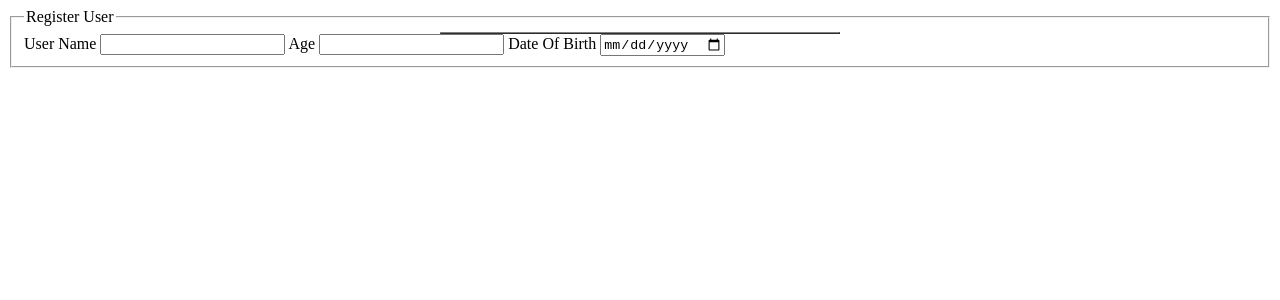
Repository: rcpanda15594/JavaScript_Project
Page: HTMLJAVASCRIPT/WebContent/NewFile.html
These files come from the project's save history. The page is drawn as it stood at one moment and after the next save; the edit follows.
The browser window is 1280 px wide. The pictures show the whole page.

Above is the page before, as saved 2018-03-21 04:34:09.

After the next save:
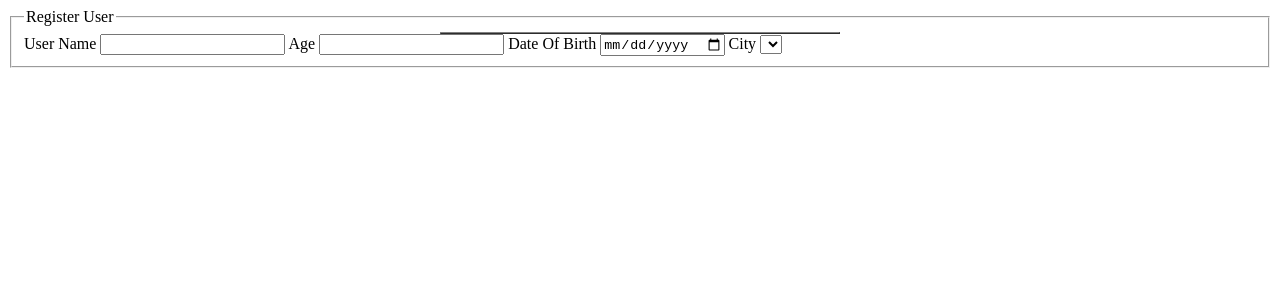
Saved 2 min 36 s later.
--- a/HTMLJAVASCRIPT/WebContent/NewFile.html
+++ b/HTMLJAVASCRIPT/WebContent/NewFile.html
@@ -47,6 +47,10 @@ if(male.checked){
 <td>Date Of Birth</td>
 <td><input type="date" id="txtDob"></td>
 </tr>
+<tr>
+<td>City</td>
+<td><select id="1st city"></select></td>
+</tr>
 
 </fieldset>
 
